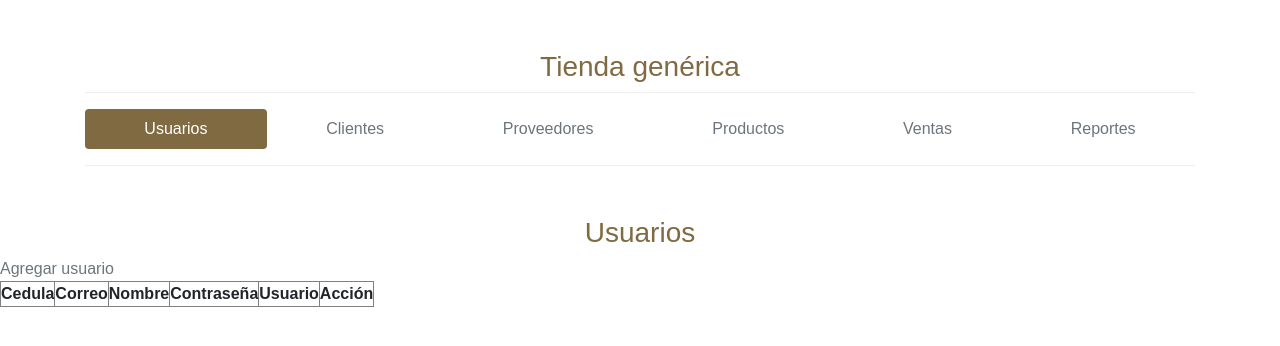
Repository: andresrojas686/tiendaGenericaMintic
Page: http://localhost/primerJSP/usuarios.jsp
An editor plug-in stored every save of this project. The page is shown before and after the next save, followed by the edit.
The browser window is 1280 px wide. The pictures show the whole page.
The page is served by Tomcat 9. Queries for data that is not in the repository find no rows.

Above is the page before, as saved 2021-09-15 19:43:22.

After the next save:
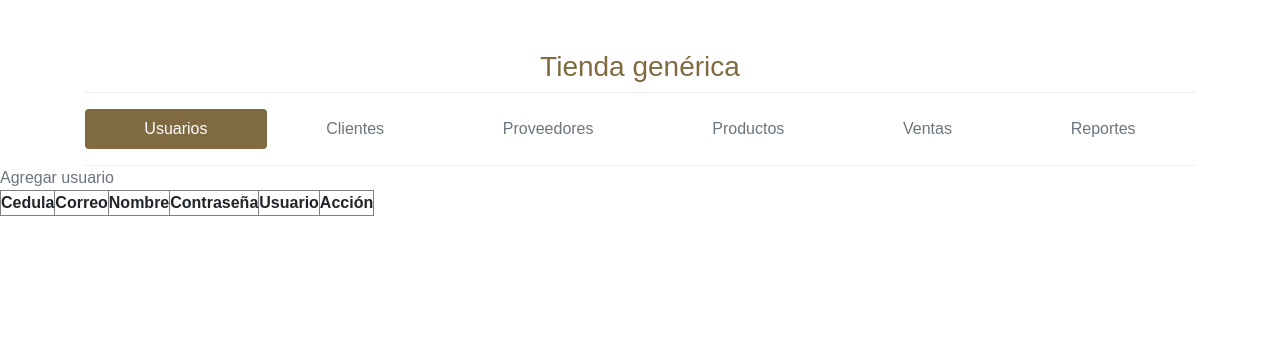
Saved 16 s later.
--- a/primerJSP/src/main/webapp/usuarios.jsp
+++ b/primerJSP/src/main/webapp/usuarios.jsp
@@ -43,7 +43,6 @@
             </section>
             <!-- -----------------------FIN Menu-------------------------------- -->
             </header>
-	<h1 class="titulo-tienda">Usuarios</h1>
 	<%
 		Class.forName("com.mysql.jdbc.Driver");
 		Connection conexion = DriverManager.getConnection("jdbc:mysql://localhost:3306/tienda","root", "Julian0992");
